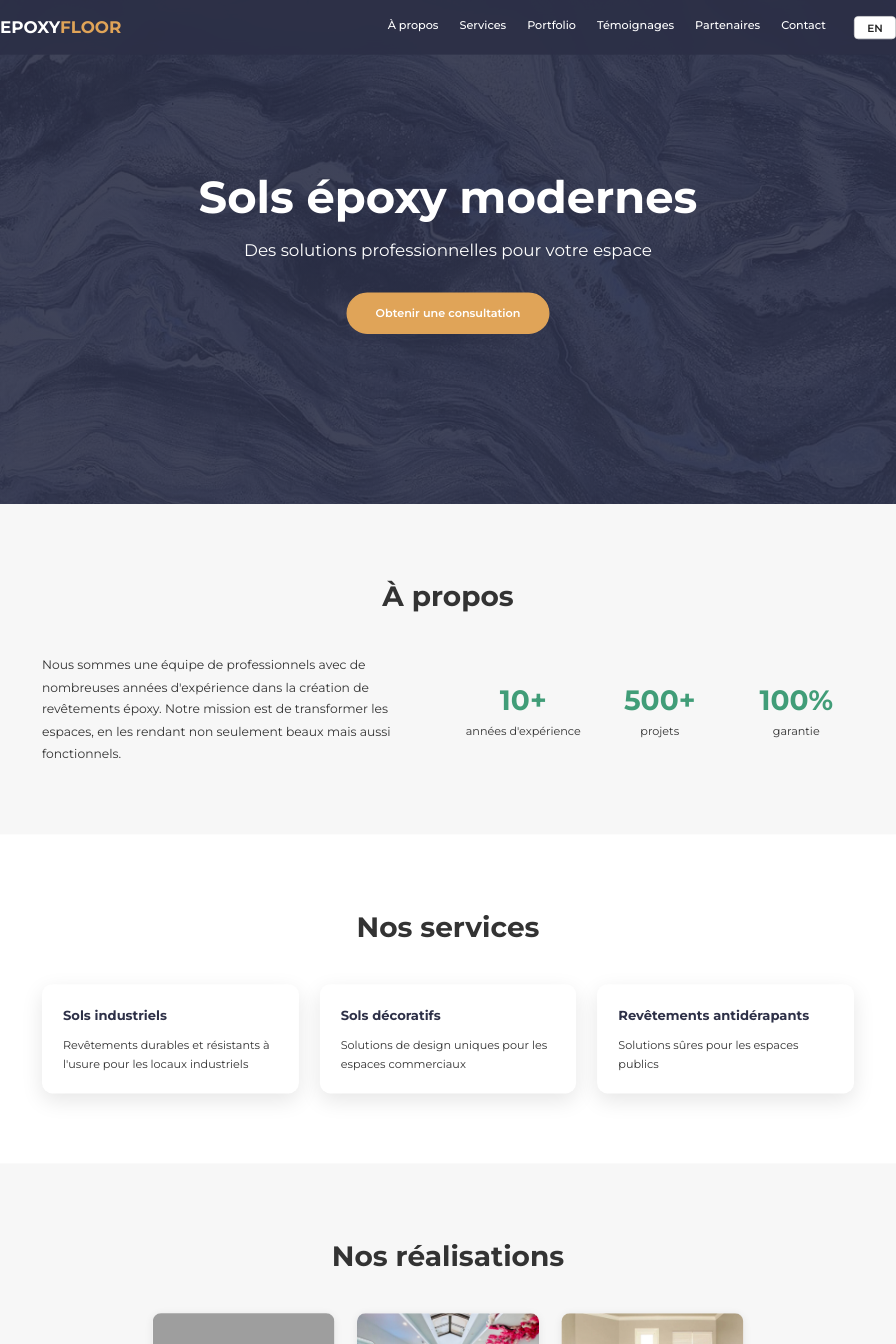
Repository: kerni-ca/kerni-ca
Page: index.html
An editor plug-in stored every save of this project. The page is shown before and after the next save, followed by the edit.
The browser window is 1280 px wide. The pictures show the part of the page from y = 0 to 1920 px (the page is 4161 px tall before and 4187 px after), at 70% of full size.
Pictures or frames that could not be fetched are drawn as grey boxes. Backgrounds fixed to the window are drawn as part of the page.

Above is the page before, as saved 2025-07-04 14:12:14.

After the next save:
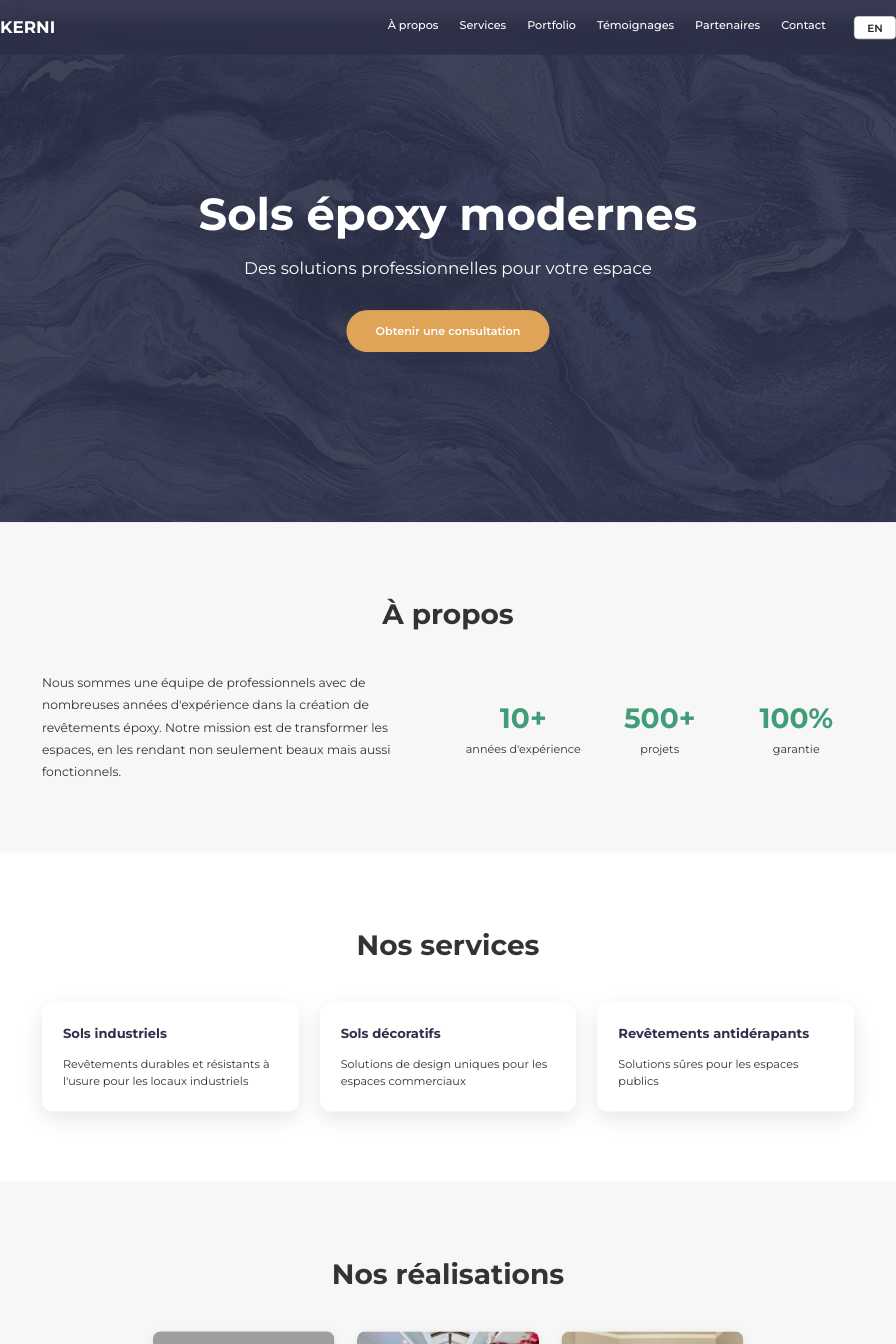
Saved 2 min 15 s later.
--- a/index.html
+++ b/index.html
@@ -13,9 +13,15 @@
     <script src="lang.js"></script>
 </head>
 <body>
+    <div id="loading-overlay">
+      <div class="spinner">
+        <div class="epoxy-icon"></div>
+        <div class="spinner-text">KERNI</div>
+      </div>
+    </div>
     <header class="header">
         <nav class="nav">
-            <div class="logo">EPOXY<span>FLOOR</span></div>
+            <div class="logo">KERNI</div>
             <ul class="nav-links">
                 <li><a href="#about" data-i18n="nav_about">nav_about</a></li>
                 <li><a href="#services" data-i18n="nav_services">nav_services</a></li>
@@ -201,7 +207,7 @@
     <footer class="footer">
         <div class="container">
             <div class="footer-content">
-                <div class="footer-logo">EPOXY<span>FLOOR</span></div>
+                <div class="footer-logo">KERNI</div>
                 <p data-i18n="footer_rights">footer_rights</p>
             </div>
         </div>
